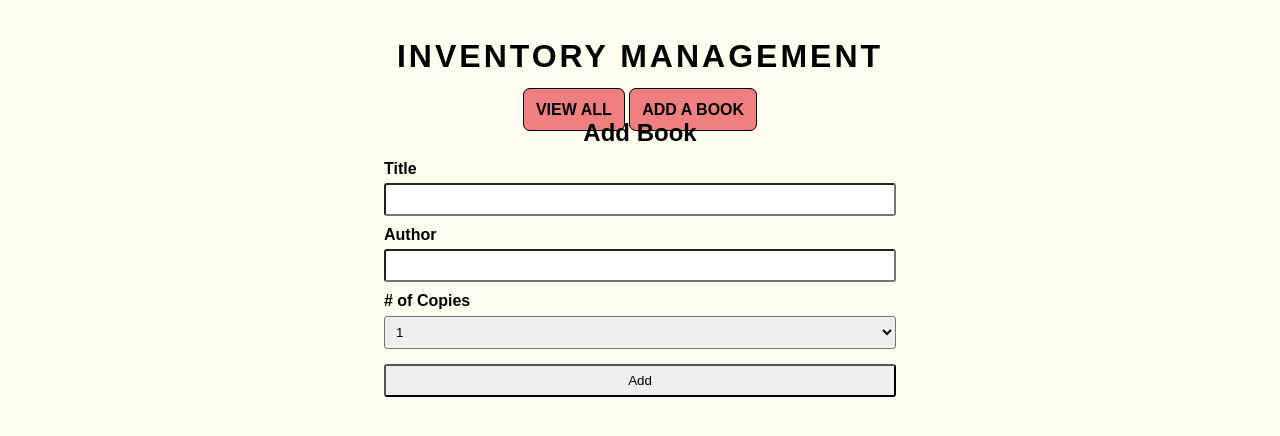
Repository: MuffinCrow/ucvts-library
Page: http://localhost/ucvts-library/bookform.jsp
An editor plug-in stored every save of this project. The page is shown before and after the next save, followed by the edit.
The browser window is 1280 px wide. The pictures show the whole page.
The page is served by Tomcat 9. Other server files are loaded and not shown. The template is opened directly, without the code that normally fills it, so the values that code supplies are empty.

Above is the page before, as saved 2021-01-12 05:10:12.

### Code/ucvts-library/WebContent/bookform.jsp
<%@ page language="java" contentType="text/html; charset=UTF-8" pageEncoding="UTF-8"%>
<%@ taglib uri="http://java.sun.com/jsp/jstl/core" prefix="c"%>

<!DOCTYPE html>
<html>
	<head>
		<meta charset="UTF-8">
		<title>UCVTS Library</title>

		<style type="text/css">
			<%@ include file="css/styles.css" %>
		</style>
	</head>
	<body>
		<div>
			<h1>Inventory Management</h1>

			<div>
				<a href="${pageContext.request.contextPath}/" class="header-button">VIEW ALL</a>
				<A href="${pageContext.request.contextPath}/add" class="header-button">ADD A BOOK</A>
			</div>
		</div>
		<div>
			<c:if test="${book != null}">
				<h2>Edit Book</h2>
				<form action="update" method="post">
					<input type="hidden" name="id" value="<c:out value="${book.title}" />" />

					<label>Title<input type="text" name="title" value="<c:out value="${book.title}" />" /></label>
					<label>Author<input type="text" name="author" value="<c:out value="${book.title}" />" /></label>
					<label>
						# of Copies
						<select name="copies">
							<c:forEach begin="1" end="15" varStatus="loop">
								<option value="${loop.index}" <c:if test="${book.copies == loop.index}">selected</c:if>>${loop.index}</option>
							</c:forEach>
							</select>
						</label>
					<div class="form-actions">
						<input type="submit" value="Save" name="submit" />
						<input type="submit" value="Delete" name="submit" />
					</div>
				</form>
			</c:if>
			<c:if test="${book == null}">
				<h2>Add Book</h2>
				<form action="insert" method="post">
					<input type="hidden" name="id" />

					<label>Title<input type="text" name="title" /></label>
					<label>Author<input type="text" name="author" /></label>
					<label>
						# of Copies
							<select name="copies">
								<c:forEach begin="1" end="15" varStatus="loop">
									<option value="${loop.index}">${loop.index}</option>
								</c:forEach>
							</select>
						</label>
					<input type="submit" value="Add" name="submit" />
				</form>
			</c:if>
		</div>
	</body>
</html>

### Code/ucvts-library/WebContent/css/styles.css
* {
	box-sizing: border-box;
	margin: 0;
	padding: 0;
}

body {
	background-color: ivory;
	font-family: "Montserrat", sans-serif;
	padding-top: 3%;
	text-align: center;
}

h1 {
	letter-spacing: 3px;
	margin-bottom: 2%;
	text-transform: uppercase;
}

table {
	border-collapse: collapse;
	margin: 0 auto;
	width: 80%;
}

table tr:first-child {
	background-color: lightblue;
}

table th {
	font-weight: bold;
}

table td {
	text-align: left;
}

table td:nth-child(3),
table td:nth-child(4) {
	text-align: center;
}

table td:nth-child(5) div {
	display: flex;
	justify-content: space-around;
}

table th,
table td {
	padding: 7px;
}

form {
	display: flex;
	flex-direction: column;
	margin: 0 auto;
	width: 40%;
}

form label {
	display: flex;
	flex-direction: column;
	font-weight: bold;
	margin-bottom: 2%;
	text-align: left;
}

form input,
form select {
	border-radius: 3px;
	margin-top: 1%;
	padding: 7px;
}

h2 {
	margin-bottom: 1%;
}

.header {
	display: flex;
	justify-content: space-between;
	margin: 0 auto;
	margin-bottom: 2%;
	width: 30%;
}

.header-button {
	background-color: lightcoral;
	border: 1px solid black;
	border-radius: 7px;
	color: black;
	font-weight: bold;
	padding: 12px;
	text-align: center;
	text-decoration: none;
	width: 45%;
}

.header-button:active {
	background-color: coral;
	color: white;
}

.button {
	background-color: lightgray;
	border: 1px solid black;
	border-radius: 3px;
	color: black;
	font-size: 14px;
	padding: 5px;
	text-align: center;
	text-decoration: none;
	width: 25%;
}

.button:active {
	background-color: darkgray;
	color: white;
}

.form-actions {
	display: flex;
	justify-content: space-between;
	margin-top: 3%;
}

.form-actions input {
	width: 45%;
}

After the next save:
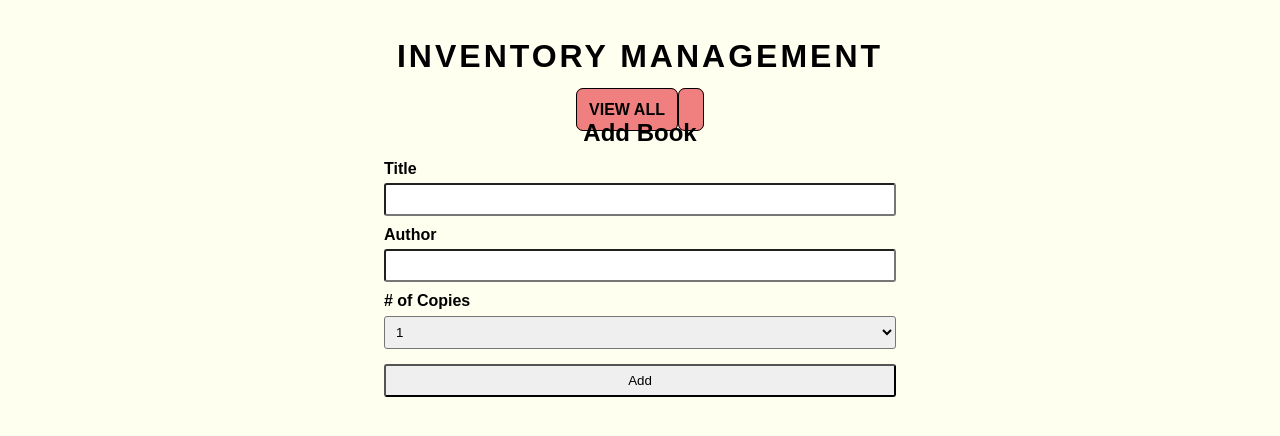
Saved 89 s later.
--- a/Code/ucvts-library/WebContent/bookform.jsp
+++ b/Code/ucvts-library/WebContent/bookform.jsp
@@ -17,7 +17,7 @@
 
 			<div>
 				<a href="${pageContext.request.contextPath}/" class="header-button">VIEW ALL</a>
-				<A href="${pageContext.request.contextPath}/add" class="header-button">ADD A BOOK</A>
+				<A href="${pageContext.request.contextPath}/add" class="header-button"></A>
 			</div>
 		</div>
 		<div>

After the save that followed:
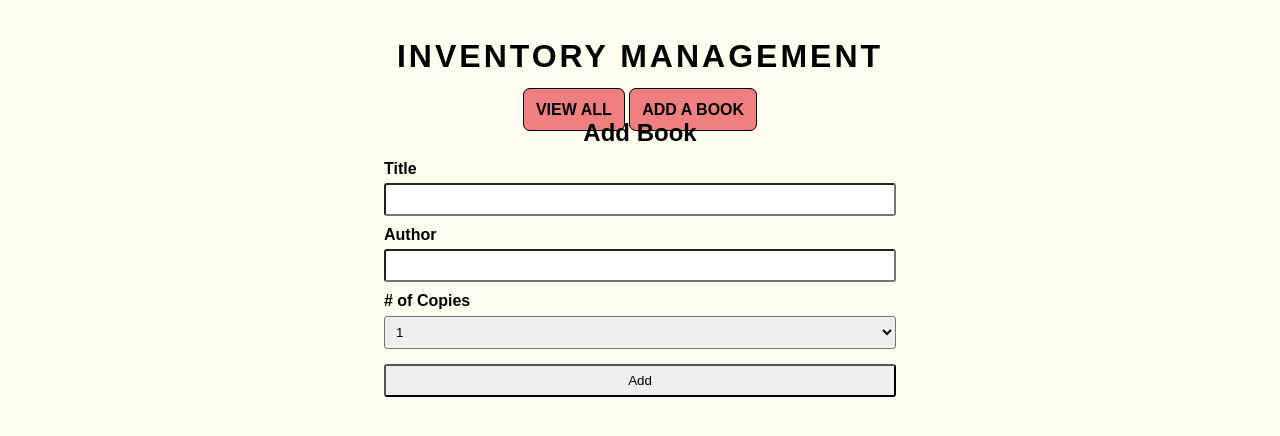
Saved 42 s later.
--- a/Code/ucvts-library/WebContent/bookform.jsp
+++ b/Code/ucvts-library/WebContent/bookform.jsp
@@ -17,7 +17,7 @@
 
 			<div>
 				<a href="${pageContext.request.contextPath}/" class="header-button">VIEW ALL</a>
-				<A href="${pageContext.request.contextPath}/add" class="header-button"></A>
+				<A href="${pageContext.request.contextPath}/add" class="header-button">ADD A BOOK</A>
 			</div>
 		</div>
 		<div>
